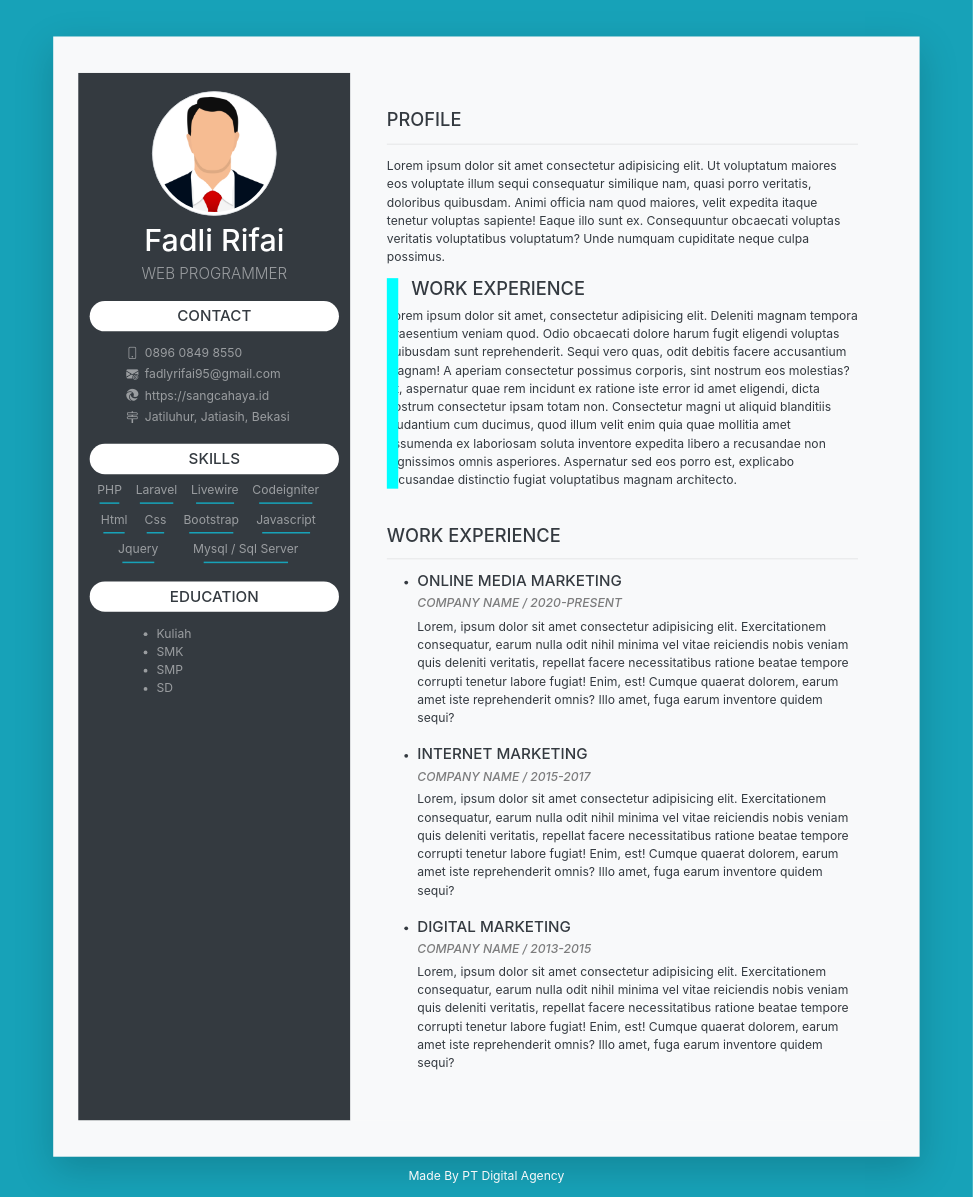
Repository: fadlyyy/fadlyyy.github.io
Page: index.html
The author's editor kept a copy of each file at every save. The page is drawn from the files as they stood at one save, then again after the next save.
The browser window is 1280 px wide. The pictures show the whole page, at 76% of full size.

Above is the page before, as saved 2024-01-31 08:04:43.

After the next save:
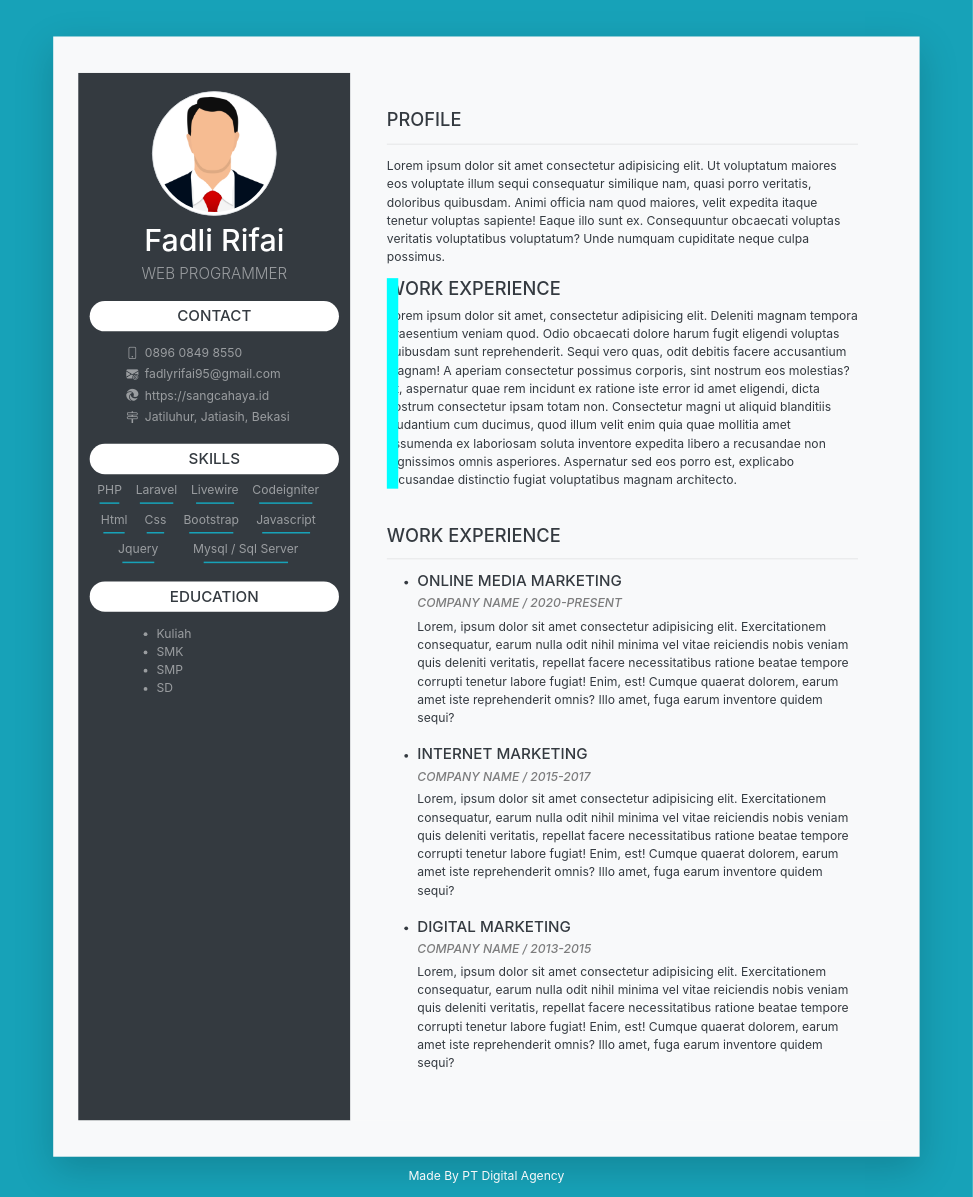
Saved 14 s later.
--- a/style.css
+++ b/style.css
@@ -29,9 +29,7 @@
     z-index: 1;
 }
 
-.work-experience h4 {
-    margin-left: 2rem;
-}
+
 
 .work-experience::before {
     content: '';
